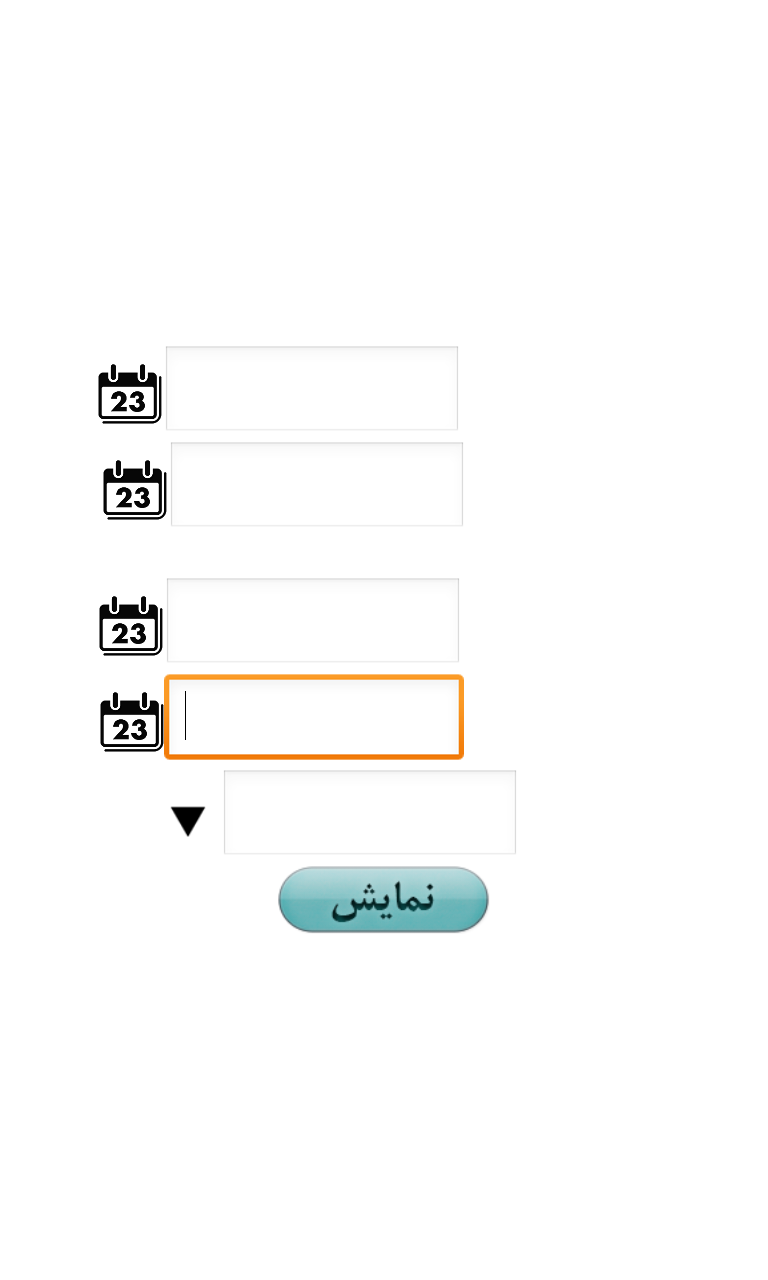
Repository: AtiehPardaz/Reports-Mobile
Layout: Reportsmobile/res/layout/frg_khazane_asnaddaryafti.xml
These files come from the project's save history. The layout is drawn as it stood at one moment and after a run of saves; the edit follows.
It is drawn on a 768 x 1280 px phone screen (xhdpi) without system bars, with theme Theme.behzad; the app's code is not run.

Above is the layout before, as saved 2015-03-11 13:36:03.

After the next 2 saves:
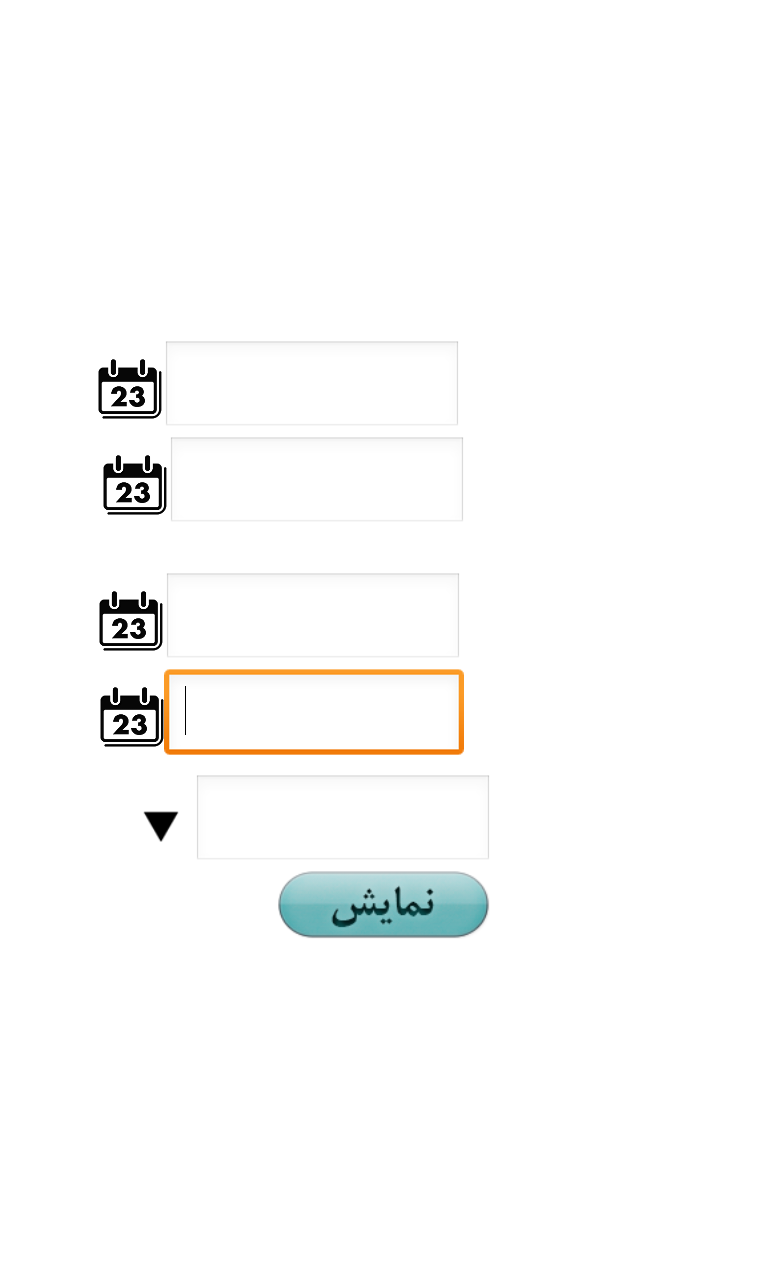
The 2 saves are shown as one change because 1 did not build or start.
The last was saved 4 min 16 s later.
--- a/Reportsmobile/res/layout/frg_khazane_asnaddaryafti.xml
+++ b/Reportsmobile/res/layout/frg_khazane_asnaddaryafti.xml
@@ -143,17 +143,18 @@
     <LinearLayout
         android:layout_width="wrap_content"
         android:layout_height="wrap_content"
+        android:layout_marginTop="5dp"
         android:gravity="right" >
 
         <ImageButton
-            android:id="@+id/imgbtn_foroshande_forosh"
+            android:id="@+id/imgbtn_shakhs_khazane"
             android:layout_width="32dp"
             android:layout_height="32dp"
             android:layout_gravity="center"
             android:background="@drawable/down" />
 
         <EditText
-            android:id="@+id/et__foroshande_forosh"
+            android:id="@+id/et__skhakhs_khazane"
             android:layout_width="150dp"
             android:layout_height="wrap_content"
             android:layout_gravity="center"
@@ -165,7 +166,7 @@
             android:layout_height="wrap_content"
             android:layout_gravity="right|center"
             android:gravity="right"
-            android:text="فروشنده:"
+            android:text="شخص گیرنده:"
             android:textAppearance="?android:attr/textAppearanceLarge"
             android:textColor="#ffffff"
             android:textSize="14sp" />
